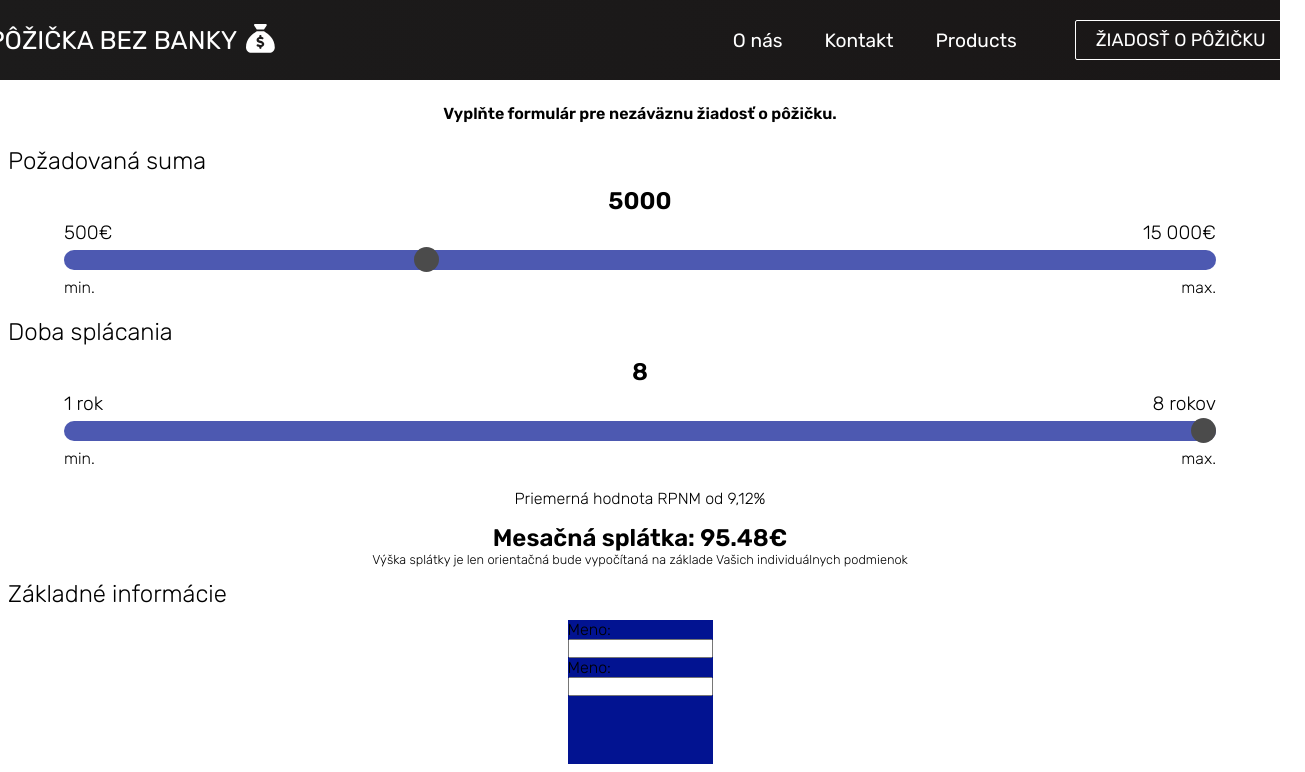
Repository: steve-lgtm/React-website-pozickabezbanky
Page: /ziadost
The author's editor kept a copy of each file at every save. The page is drawn from the files as they stood at one save, then again after a run of saves.
The browser window is 1280 px wide. The page is 1305 px wide, so the pictures cover 1305 px, including what lies to the right of the window. The pictures show the whole page.
Some web libraries are served in a nearby version. The project was rebuilt for these pictures with package versions that can differ from the ones it lists, and the page was loaded fresh each time. Also part of the build but not shown: src/components/pages/Home.js, src/components/pages/Kontakt.js, src/components/pages/Products.js.

Above is the page before, as saved 2022-07-09 00:06:26.

After the next 2 saves:
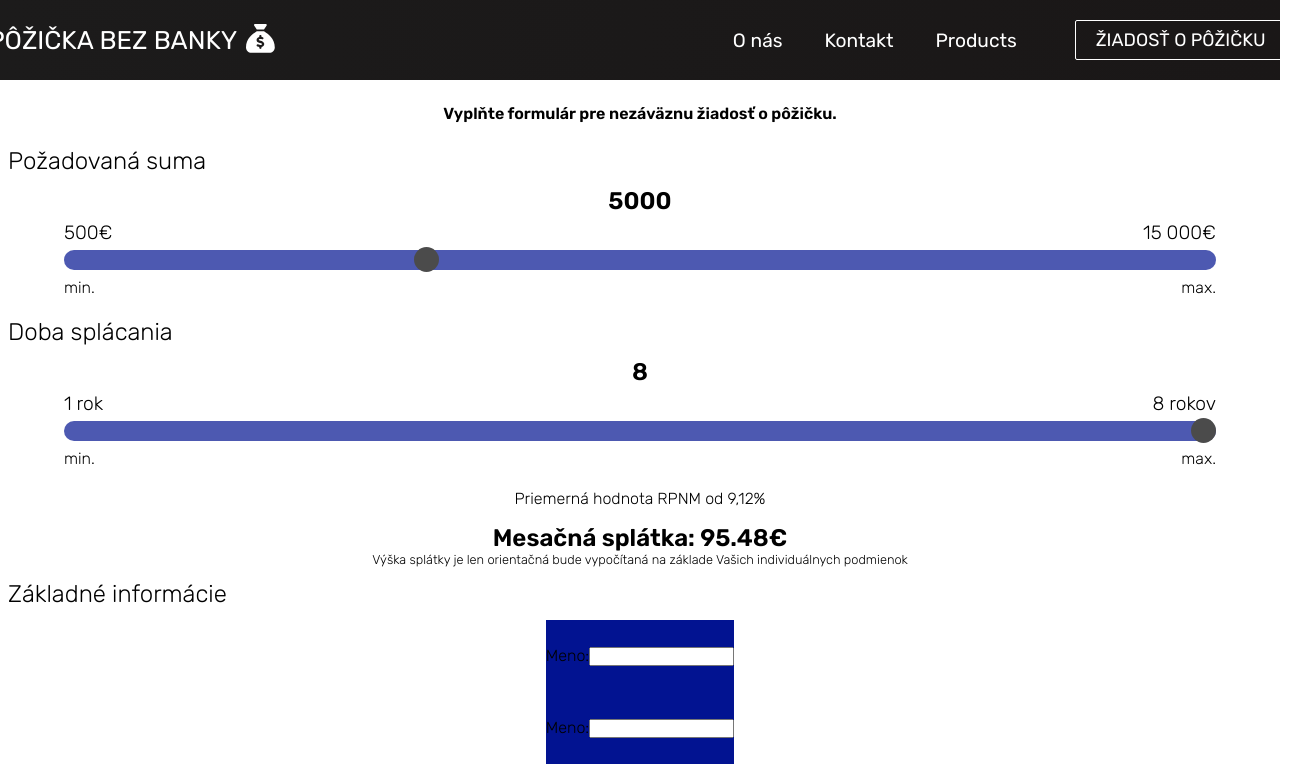
The 2 saves are shown as one change because they came seconds apart.
The last was saved 8 s later.
--- a/src/components/pages/Ziadost.css
+++ b/src/components/pages/Ziadost.css
@@ -80,13 +80,13 @@ font-weight: 300;
 }
 
 .personal-data{
-
+    display: flex;
+    flex-direction: column;
     justify-content:space-around;
     height: 20vh;
     background-color: #021391;
 }
 .personal-data-field{
-    display: flex;
-    flex-direction: column;
+
 
 }
